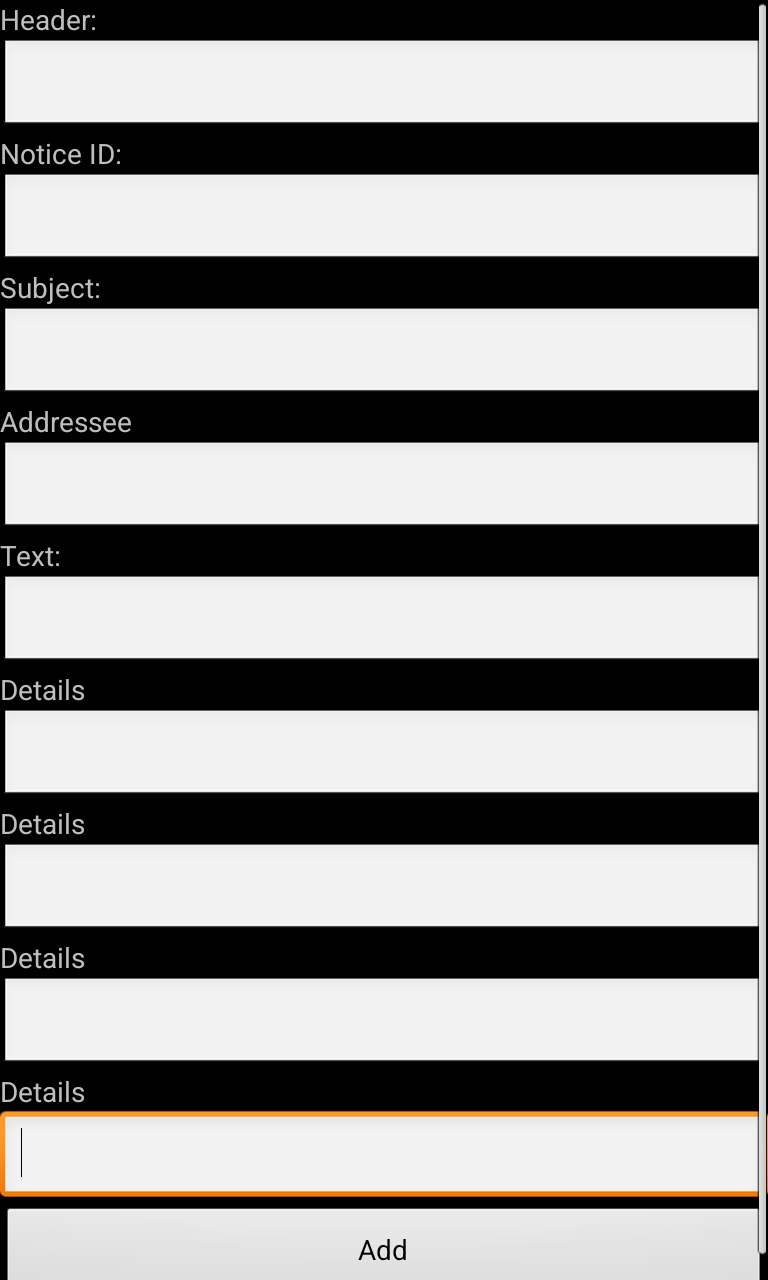
Repository: lcbasu/android
Layout: adt/M Notice/res/layout/detailed_admin.xml
An editor plug-in stored every save of this project. The layout is shown before and after the next save, followed by the edit.
It is drawn on a 768 x 1280 px phone screen (xhdpi) without system bars, with theme android:Theme; the app's code is not run.

Above is the layout before, as saved 2014-05-02 09:30:18.

After the next save:
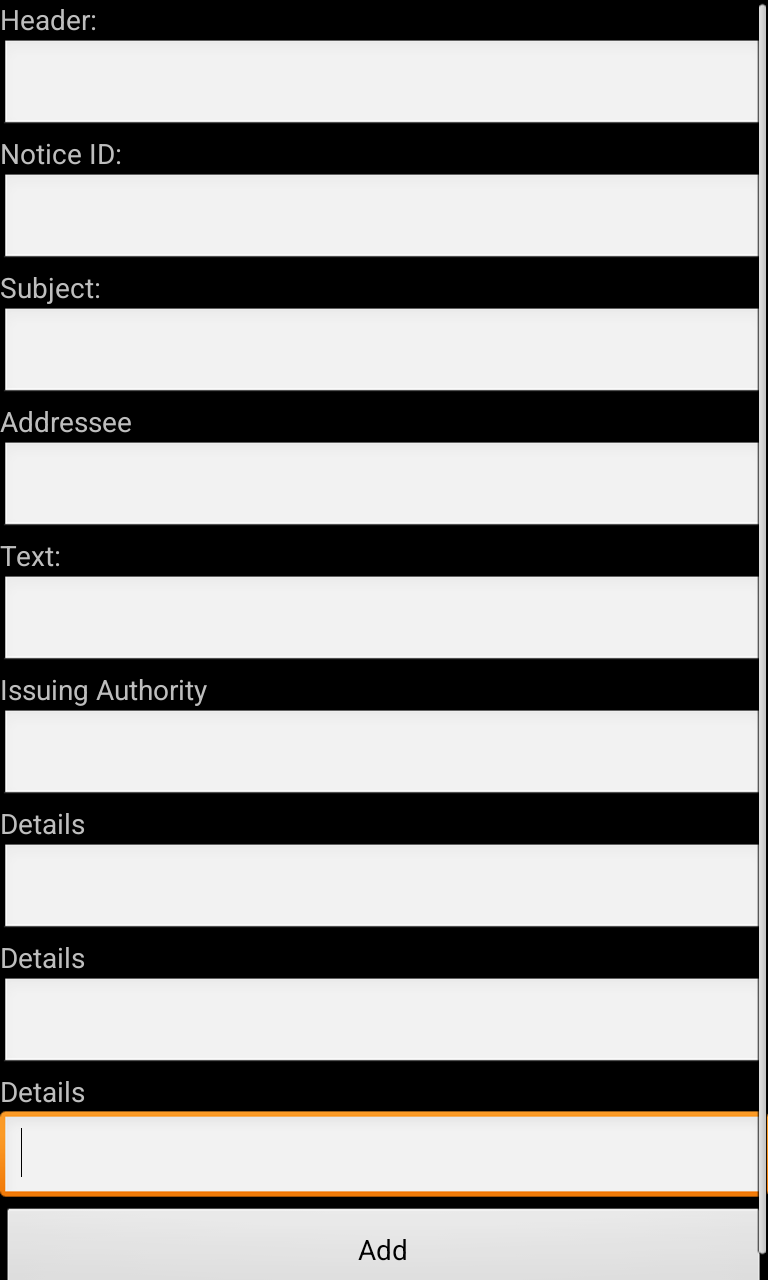
Saved 28 s later.
--- a/adt/M Notice/res/layout/detailed_admin.xml
+++ b/adt/M Notice/res/layout/detailed_admin.xml
@@ -73,7 +73,7 @@
             android:text="Text:" />
 
         <EditText
-            android:id="@+id/editDetail"
+            android:id="@+id/editText"
             android:layout_width="match_parent"
             android:layout_height="wrap_content"
             android:ems="10"
@@ -83,10 +83,10 @@
         </EditText>
 
         <TextView
-            android:id="@+id/detail"
+            android:id="@+id/issuingAuthority"
             android:layout_width="wrap_content"
             android:layout_height="wrap_content"
-            android:text="Details" />
+            android:text="Issuing Authority" />
 
         <EditText
             android:id="@+id/editDetail"
